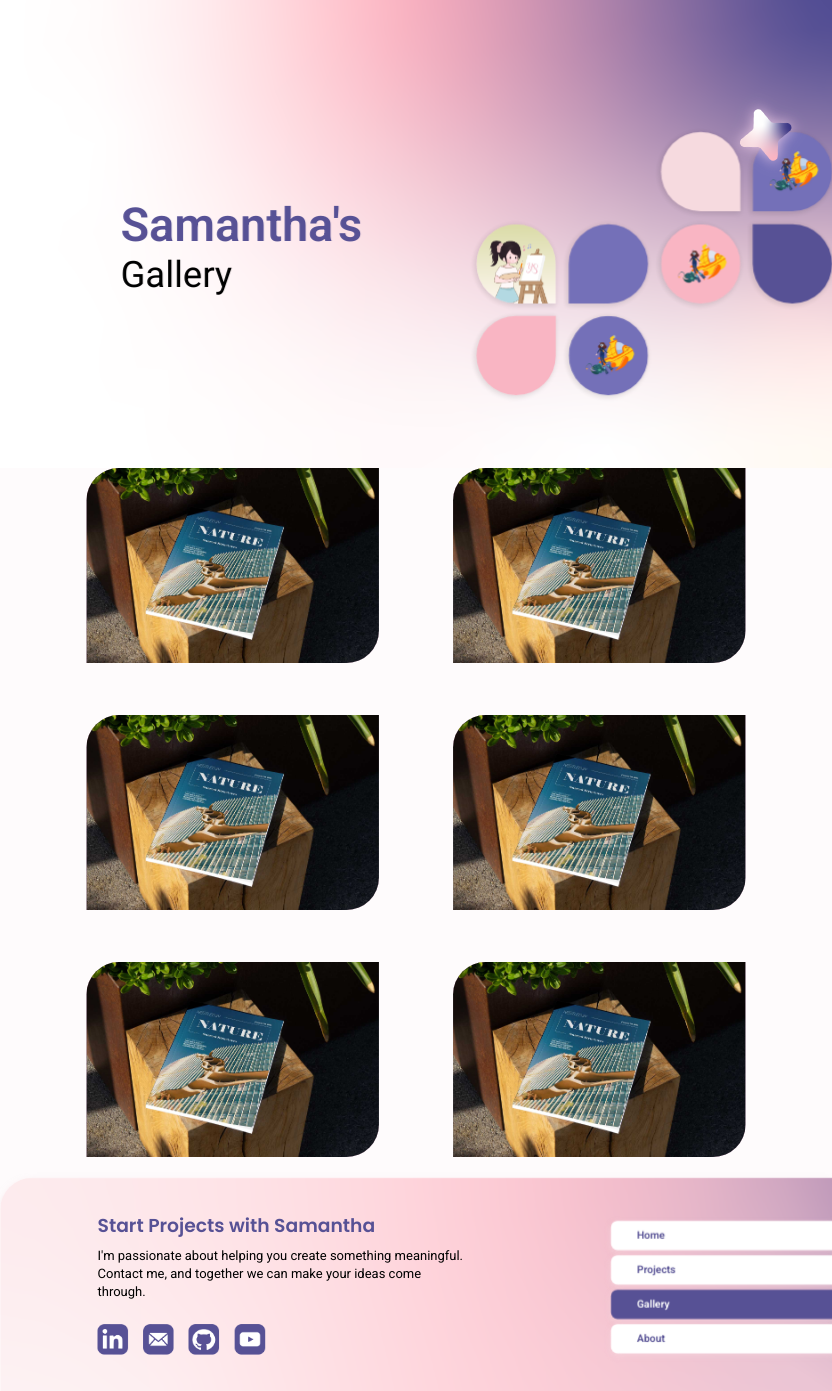
Repository: SamanthaYan298/Samantha-Portfolio
Page: gallery.html
These files come from the project's save history. The page is drawn as it stood at one moment and after the next save; the edit follows.
The browser window is 1280 px wide. The pictures show the whole page, at 65% of full size.

Above is the page before, as saved 2025-03-18 09:39:17.

After the next save:
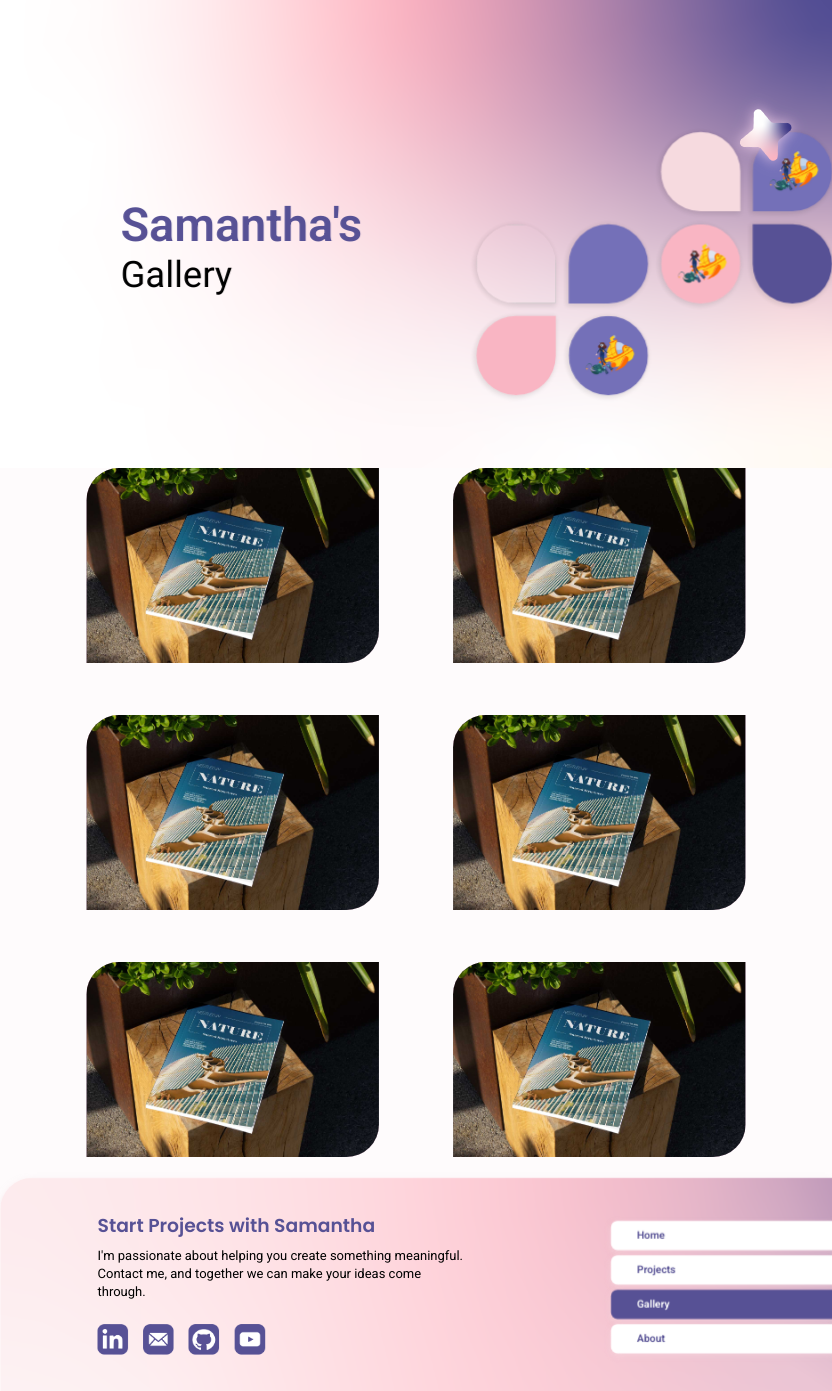
Not found: images/gallery_images/drawing.jpg
Saved 104 s later.
--- a/gallery.html
+++ b/gallery.html
@@ -62,7 +62,7 @@
                     <span class="item" style="--i: 3"></span>
                     <img class="item" id="lady_gif" src="./images/glowfish_images/ebook_cover.webp" style="--i: 4" alt="" />
 
-                    <img class="item" id="lady_gif" src="./images/gallery_images/drawing.webp" style="--i: 10" alt="" />
+                    <img class="item" id="lady_gif" src="./images/gallery_images/drawing.jpg" style="--i: 10" alt="" />
                     <span class="item" style="--i: 11"></span>
                     <img class="item" id="lady_gif" src="./images/glowfish_images/ebook_cover.webp" style="--i: 12" alt="" />
                     <span class="item" style="--i: 5"></span>
